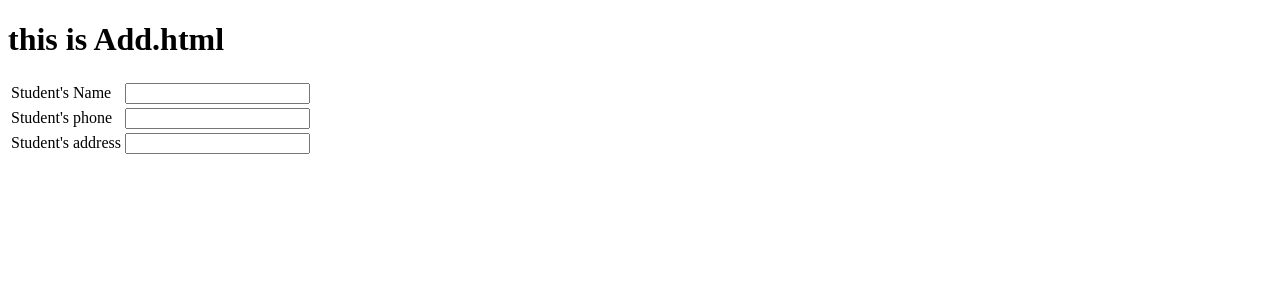
Repository: jks2127/SMS-webApp
Page: sms 1.2/WebContent/Add.html
The author's editor kept a copy of each file at every save. The page is drawn from the files as they stood at one save, then again after the next save.
The browser window is 1280 px wide. The pictures show the whole page.

Above is the page before, as saved 2021-06-12 09:56:19.

### sms 1.2/WebContent/Add.html
<!DOCTYPE html>
<html>
<head>
<meta charset="ISO-8859-1">
<title>Insert title here</title>
</head>
<body>
	<h1> this is Add.html</h1>
	<form action="Add">
		<table>
			<tr>
				<td>Student's Name</td>
				<td><input type="text" name="st_name"></td>
			</tr>
			<tr>
				<td>Student's phone</td>
				<td><input type="number" name="st_phone"></td>
			</tr>
			<tr>
				<td>Student's address</td>
				<td><input type="text" name="st_address" height="15px"></td>
			</tr>
		</table>
	</form>
</body>
</html>

After the next save:
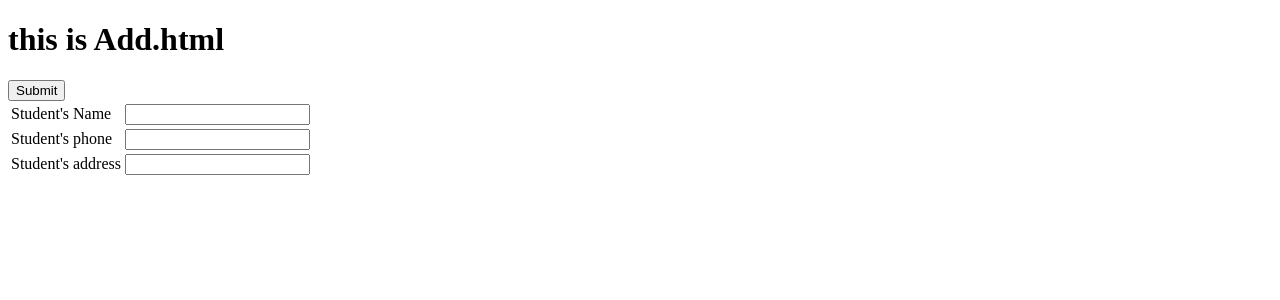
Saved 2 min 58 s later.
--- a/sms 1.2/WebContent/Add.html
+++ b/sms 1.2/WebContent/Add.html
@@ -18,8 +18,12 @@
 			</tr>
 			<tr>
 				<td>Student's address</td>
-				<td><input type="text" name="st_address" height="15px"></td>
+				<td><input type="text" name="st_address"></td>
 			</tr>
+
+			<tr><button type="submit">Submit</button></tr>
+
+
 		</table>
 	</form>
 </body>
